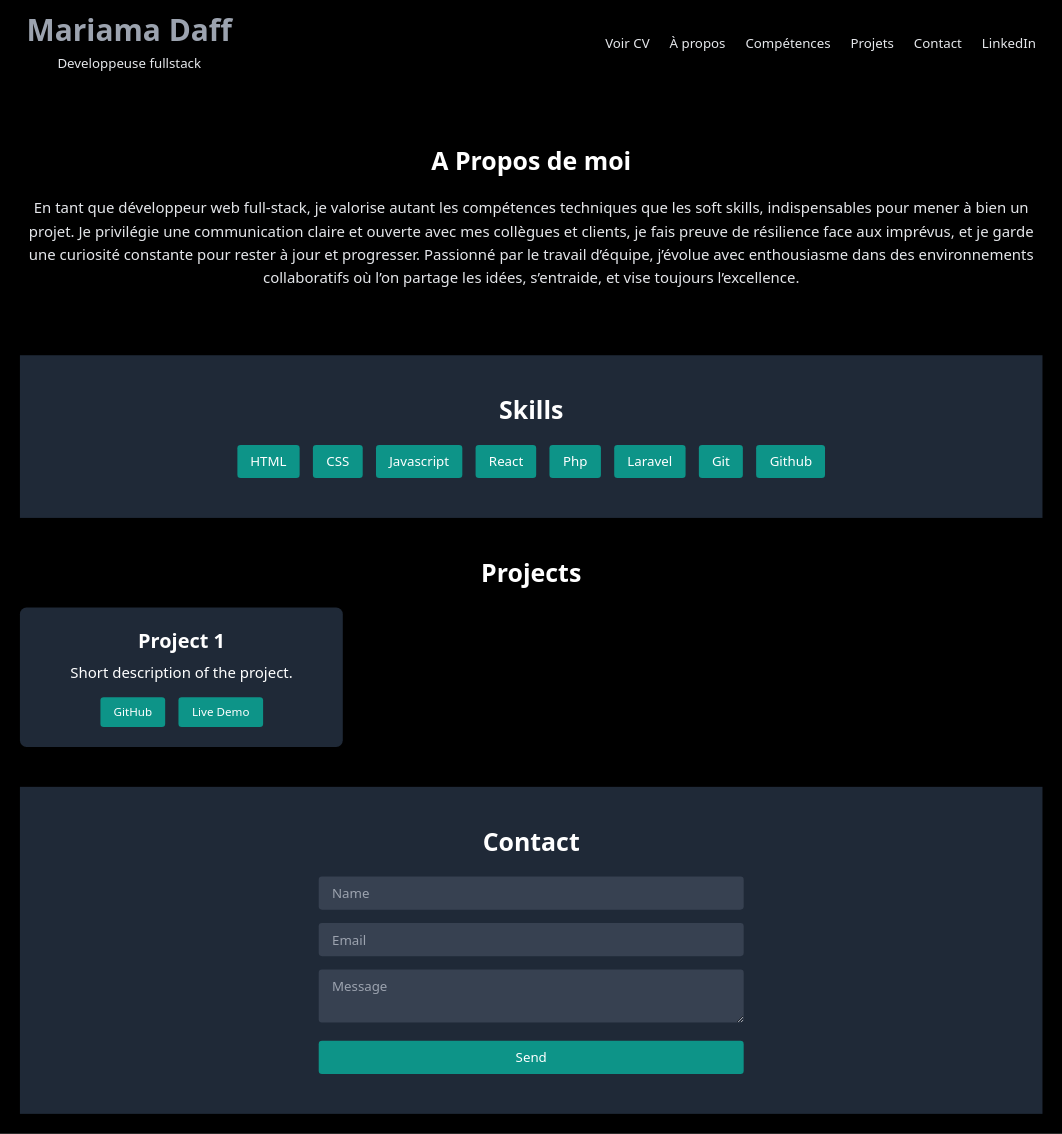
Repository: mariamdaff/Projets_Perso
Page: / (app in mon_portfolio/)
The author's editor kept a copy of each file at every save. The page is drawn from the files as they stood at one save, then again after the next save.
The browser window is 1280 px wide. The pictures show the whole page, at 83% of full size.
The project was rebuilt for these pictures with package versions that can differ from the ones it lists, and the page was loaded fresh each time. Also part of the build but not shown: mon_portfolio/vite.config.js.

Above is the page before, as saved 2025-04-20 15:38:06.

### mon_portfolio/index.html
<!doctype html>
<html lang="en">
  <head>
    <meta charset="UTF-8" />
    <link rel="icon" type="image/svg+xml" href="/cvFivicon.png" />
    <meta name="viewport" content="width=device-width, initial-scale=1.0" />
    <title>Mon portfolio</title>
  </head>
  <body className="bg-black text-gray-400">
    <div id="root"></div>
    <script type="module" src="/src/main.jsx"></script>
  </body>
</html>

### mon_portfolio/src/main.jsx
import './index.css';
import { StrictMode } from 'react'
import { createRoot } from 'react-dom/client'
import './index.css'
import App from './App.jsx'

createRoot(document.getElementById('root')).render(
  <StrictMode>
    <App />
  </StrictMode>,
)

### mon_portfolio/src/App.jsx
import React from 'react';
import { BrowserRouter as Router, Routes, Route } from 'react-router-dom';
// import NavbarElement from './component/navBar/NavBarComponent';
import Layout from './Layout';


const App = () => {
  return (
    <Router>

      <Routes>
        <Route path="/" element={<Layout />}>
        </Route>
      </Routes>

    </Router>
  );
};

export default App;

### mon_portfolio/src/Layout.jsx
import React from 'react';
import NavbarElement from './components/navBar/NavBarComponent';
import Projets from './components/projets/Projets';
import Contact from './components/contact/Contact';
import APropos from './components/A_Propos/APropos';
import Skills from './components/skills/Skills';
// import Projets from './components/Projets'
import { Outlet } from 'react-router-dom';

const Layout = () => {
  return (
    <div className="bg-black min-h-screen text-white scroll-smooth">
      <NavbarElement />
      <main className="p-6">
        <section id="a-propos">
          <APropos />
        </section>
        <section id="skills">
          <Skills />
        </section>
        <section id="projets">
          <Projets />
        </section>
        <section id="contact">
          <Contact />
        </section>
      </main>
    </div>
  );
};

export default Layout;

### mon_portfolio/src/components/navBar/NavBarComponent.jsx

import React from 'react';
import LiensDeNavigation from './NavBarLiens.jsx';
import Description from './NavBarDescriptionPost.jsx';
import MonNom from './NavBarNom.jsx';


const NavbarElement = () => {
  return (
    <header className="bg-black text-gray-200 px-8 py-4 ">
      <nav className=" flex justify-between items-center">
        <div className='text-center'>
        <MonNom/>
        <Description/>
        </div>
        <LiensDeNavigation />
      </nav>
    </header>
  );
};

export default NavbarElement;

### mon_portfolio/src/components/projets/Projets.jsx
import React from 'react';
const Projets =()=>{
    return (
        <section className="py-12 text-center">
        <h2 className="text-3xl font-semibold mb-6">Projects</h2>
        <div className="grid grid-cols-1 sm:grid-cols-2 lg:grid-cols-3 gap-8">
          {/* Project Card */}
          <div className="bg-gray-800 p-6 rounded-lg shadow-lg">
            <h3 className="text-2xl font-semibold">Project 1</h3>
            <p className="text-lg mt-2">Short description of the project.</p>
            <div className="mt-4 space-x-4">
              <button className="bg-teal-600 px-4 py-2 rounded text-sm">
                GitHub
              </button>
              <button className="bg-teal-600 px-4 py-2 rounded text-sm">
                Live Demo
              </button>
            </div>
          </div>
          {/* Add more project cards here */}
        </div>
      </section>
    );
};
 export default Projets

### mon_portfolio/src/components/contact/Contact.jsx
import React from 'react';
const Contact =()=>{
    return(
        <section className="py-12 text-center bg-gray-800">
        <h2 className="text-3xl font-semibold mb-6">Contact</h2>
        <form className="max-w-lg mx-auto">
          <input
            type="text"
            placeholder="Name"
            className="bg-gray-700 text-white px-4 py-2 rounded mb-4 w-full"
          />
          <input
            type="email"
            placeholder="Email"
            className="bg-gray-700 text-white px-4 py-2 rounded mb-4 w-full"
          />
          <textarea
            placeholder="Message"
            className="bg-gray-700 text-white px-4 py-2 rounded mb-4 w-full"
          />
          <button className="bg-teal-600 px-6 py-2 rounded w-full">Send</button>
        </form>
      </section>
    );
};

export default Contact;

### mon_portfolio/src/components/A_Propos/APropos.jsx
import React from 'react';
const APropos = () =>{
    return(
        <section className="text-center py-12">
        <h2 className="text-3xl font-semibold mb-6">A Propos de moi</h2>
       <p className="text-lg text-gray-200 mb-8">En tant que développeur web full-stack, je valorise autant les compétences techniques que les soft skills,
         indispensables pour mener à bien un projet. Je privilégie une communication claire et ouverte avec mes collègues et clients,
          je fais preuve de résilience face aux imprévus, et je garde une curiosité constante pour rester à jour et progresser.
          Passionné par le travail d’équipe, j’évolue avec enthousiasme dans des environnements collaboratifs où l’on partage les idées,
           s’entraide, et vise toujours l’excellence.</p>
      </section>
    );

};
export default APropos;

### mon_portfolio/src/components/skills/Skills.jsx
import React from 'react';
const Skills = () =>{
    return(
        <section className="py-12 text-center bg-gray-800">
        <h2 className="text-3xl font-semibold mb-6">Skills</h2>
        <div className="space-x-4">
        <button className="bg-teal-600 px-4 py-2 rounded">HTML</button>
        <button className="bg-teal-600 px-4 py-2 rounded">CSS</button>
        <button className="bg-teal-600 px-4 py-2 rounded">Javascript</button>
        <button className="bg-teal-600 px-4 py-2 rounded">React</button>
        <button className="bg-teal-600 px-4 py-2 rounded">Php</button>
        <button className="bg-teal-600 px-4 py-2 rounded">Laravel</button>
        <button className="bg-teal-600 px-4 py-2 rounded">Git</button>
        <button className="bg-teal-600 px-4 py-2 rounded">Github</button>
        </div>
        </section>
    );

};
export default Skills;

### mon_portfolio/src/components/navBar/NavBarLiens.jsx
import React from 'react';
 import { Link } from 'react-router-dom';



const LiensDeNavigation = () =>{
return (
    <ul className="flex space-x-6">
      <li> <a
            href="/monCV.pdf"
            target="_blank"
            rel="noopener noreferrer"
            className="btn-nav hover:text-gray-400 transition"
            >
             Voir CV
        </a></li>
        <a href="#a-propos" className="hover:text-gray-400 transition">À propos</a>
<a href="#skills" className="hover:text-gray-400 transition">Compétences</a>
<a href="#projets" className="hover:text-gray-400 transition">Projets</a>
<a href="#contact" className="hover:text-gray-400 transition">Contact</a>
      <li><a href="https://www.linkedin.com/in/mariama-daff"
            target="_blank"
            rel="noopener noreferrer"
            className="nav-btn  hover:text-gray-400 transition"
            >
            LinkedIn
        </a></li>

    </ul>
  );
};

export default LiensDeNavigation;

### mon_portfolio/src/components/navBar/NavBarDescriptionPost.jsx
import React from 'react';

const Description = () =>{
return (
   <p className="text-md mt-2">Developpeuse fullstack</p>
  );
};

export default Description;

### mon_portfolio/src/components/navBar/NavBarNom.jsx
import React from 'react';

const MonNom = () =>{
return (
   <h1 className="text-4xl font-bold text-gray-400">Mariama Daff</h1>
  );
};

export default MonNom;

Loaded but not shown: mon_portfolio/src/index.css (common file); mon_portfolio/tailwind.config.js (common file)

After the next save:
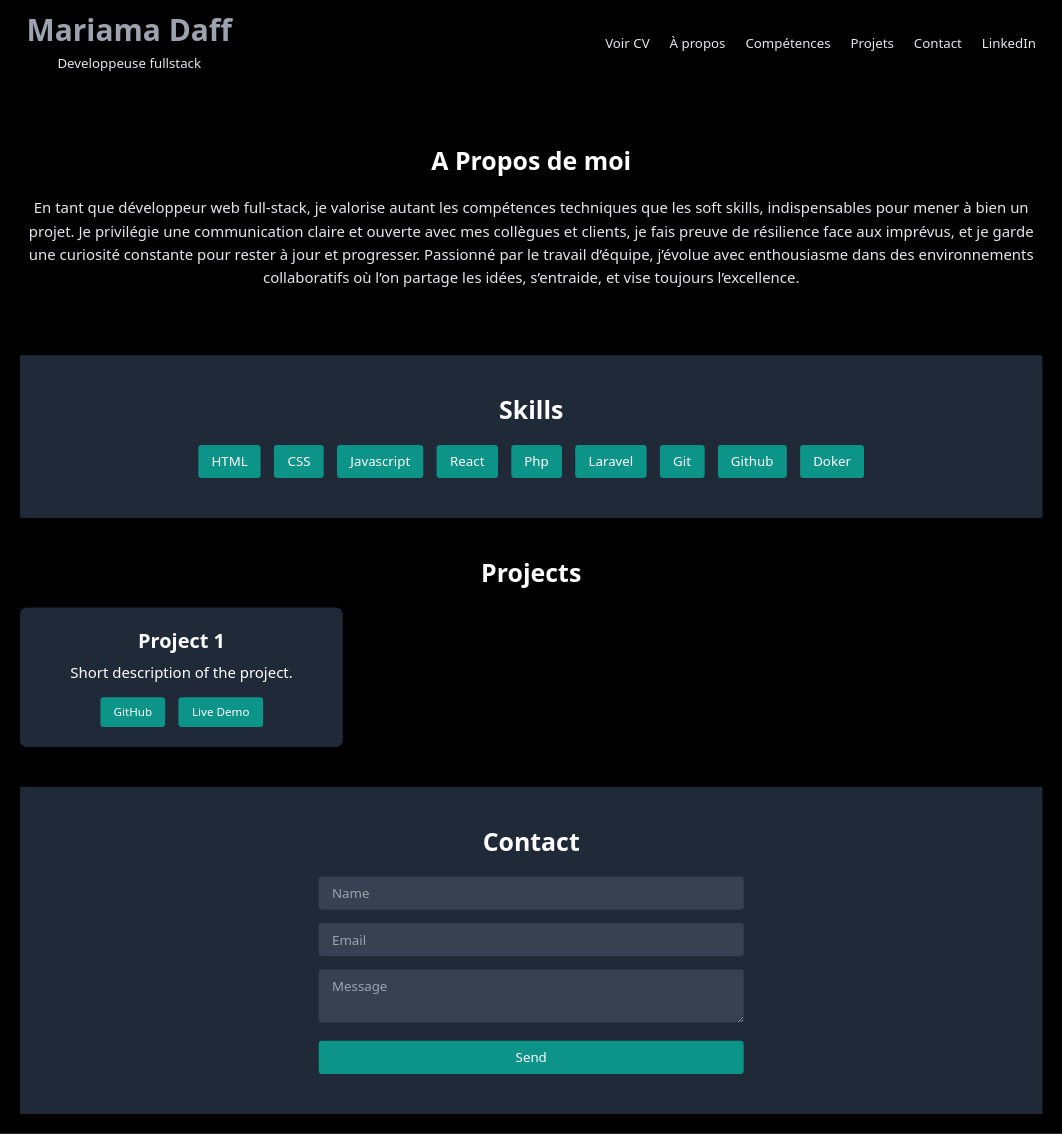
Saved 15 s later.
--- a/mon_portfolio/src/components/skills/Skills.jsx
+++ b/mon_portfolio/src/components/skills/Skills.jsx
@@ -12,6 +12,7 @@
         <button className="bg-teal-600 px-4 py-2 rounded">Laravel</button>
         <button className="bg-teal-600 px-4 py-2 rounded">Git</button>
         <button className="bg-teal-600 px-4 py-2 rounded">Github</button>
+        <button className="bg-teal-600 px-4 py-2 rounded">Doker</button>
         </div>
         </section>
     );
